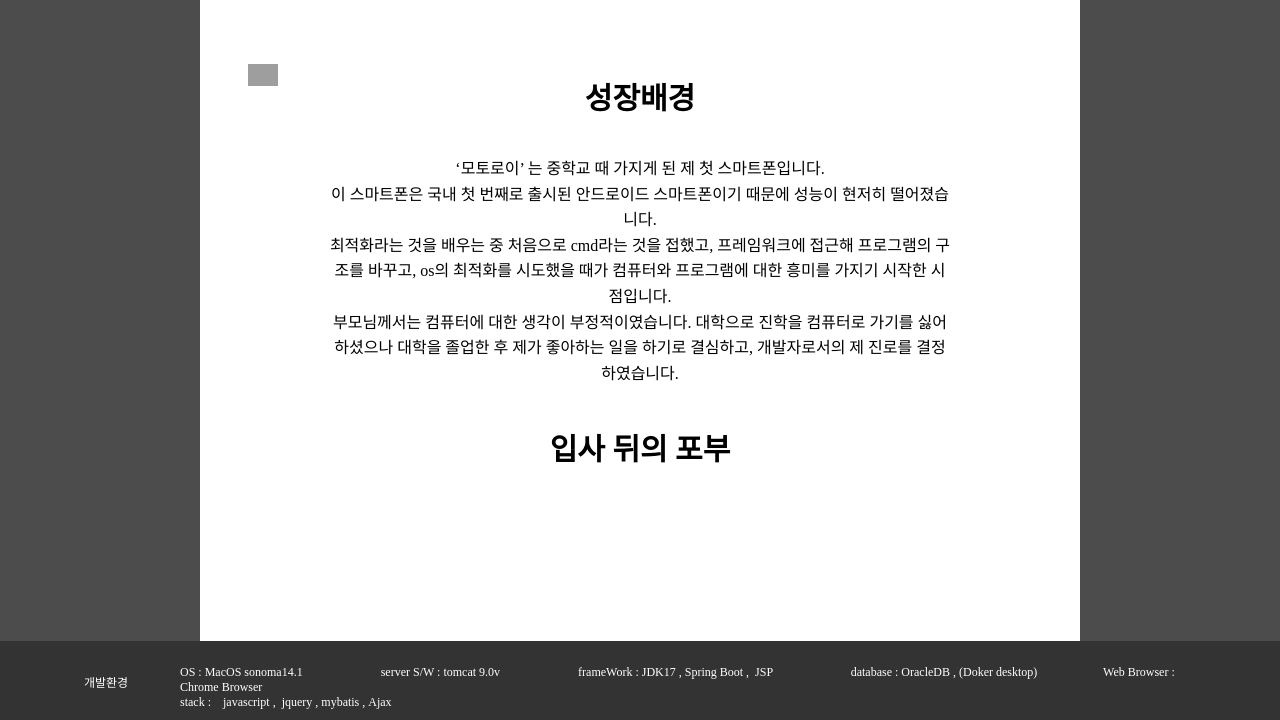
Repository: LeeHaNeul96/Leehaneul
Page: http://localhost/com.introduce/WEB-INF/views/more2.jsp
The author's editor kept a copy of each file at every save. The page is drawn from the files as they stood at one save, then again after a run of saves.
The browser window is 1280 px wide. The pictures show the whole page.
Pictures or frames that could not be fetched are drawn as grey boxes. The page is served by Tomcat 9. Nobody is signed in. The template is opened directly, without the code that normally fills it, so the values that code supplies are empty.

Above is the page before, as saved 2023-10-31 10:24:02.

### com.introduce/src/main/webapp/WEB-INF/views/more2.jsp
<%@ page language="java" contentType="text/html; charset=UTF-8"
    pageEncoding="UTF-8"%>
<!DOCTYPE html>
<html>
<head>
<meta charset="UTF-8">
<title>Insert title here</title>
<script src="https://code.jquery.com/jquery-3.6.0.min.js"></script>

<style type="text/css">
.footer {
	text-align: center;
	padding: 2em 0;
	background-color: #333;
	color: #fff;
	position: fixed;
	bottom: 0;
	left: 0; /* 왼쪽 위치를 0으로 설정합니다. */
	height: 15px;
	width: 100%;
	margin: 0; /* 마진을 0으로 설정합니다. */
}

.footer-dev {
	font-size: 12px;
	text-align: left;
	padding-left: 7em;
}

.footer-content {
	position: absolute; /* 절대 위치 설정 */
	top: 1em; /* 위쪽으로 1em 이동 */
	padding: 1em 8em; /* 양 옆 여백을 설정합니다. */
	height: 200px;
}

.container{
margin-top: 3em;
margin-bottom: 10em;

text-align: center;


}
.left-margin {
 background-color: rgba(0, 0, 0, 0.7); /* 알파 값을 조절하여 투명도 설정 */

    height: 100%;
    width: 200px; /* 원하는 너비로 조절하세요. */
    position: fixed;
    top: 0;
    left: 0;
    z-index: -1;
}

/* 오른쪽 여백 스타일 */
.right-margin {
 background-color: rgba(0, 0, 0, 0.7); /* 알파 값을 조절하여 투명도 설정 */
    height: 100%;
    width: 200px; /* 원하는 너비로 조절하세요. */
    position: fixed;
    top: 0;
    right: 0;
    z-index: -1;
}

h1 {
    font-size: 36px; /* 예를 들어, 원하는 크기로 설정 */
    transition: font-size 1s; /* 글씨 크기 변경에 애니메이션 적용 (선택사항) */
}
h2{
margin-top: 0;

}

.content{
text-align: center;
margin-right: 20em;
margin-left: 20em;
line-height: 1.6;
}
</style>
</head>
<body>
<script>
$(function() {
    // 모든 h2 태그를 선택하여 배열로 저장합니다.
    var $h1Elements = $("h1");

    // 초기에 모든 h2 태그의 크기를 설정합니다.
    $h1Elements.css("font-size", "40px");

    // 1초(1000 밀리초)마다 h2 태그 배열을 순회하면서 글꼴 크기를 작게 설정합니다.
    var index = 0;
    var interval = setInterval(function() {
        if (index < $h1Elements.length) {
            $h1Elements.eq(index).css("font-size", "30px");
            index++;
        } else {
            clearInterval(interval); // 모든 h2 태그를 처리하면 setInterval을 멈춥니다.
        }
    }, 20); // 1초마다 실행
});
</script>


<div class="left-margin"></div>
<div class="right-margin"></div>

<a href="/main/view"><img style="width:30px; text-align:left; margin-left:15em; margin-top: 3em; margin-bottom: -4em;" alt="" src="/images/free-icon-go-back-left-arrow-61022.png"></a>
<div class="container">
<h1> 성장배경 </h1><br>
<div class="content">
‘모토로이’ 는 중학교 때 가지게 된 제 첫 스마트폰입니다.<br>
 이 스마트폰은 국내 첫 번째로 출시된 안드로이드 스마트폰이기 때문에 성능이 현저히 떨어졌습니다. <br>
 최적화라는 것을 배우는 중 처음으로 cmd라는 것을 접했고, 프레임워크에 접근해 프로그램의 구조를 바꾸고, os의 최적화를 시도했을 때가 컴퓨터와 프로그램에 대한 흥미를 가지기 시작한 시점입니다.<br>
부모님께서는 컴퓨터에 대한 생각이 부정적이였습니다. 대학으로 진학을 컴퓨터로 가기를 싫어하셨으나 대학을 졸업한 후 제가 좋아하는 일을 하기로 결심하고, 개발자로서의 제 진로를 결정하였습니다.
</div><br>

<h1>입사 뒤의 포부</h1>


</div>



	<div class="footer">
		<div class="footer-dev">
			개발환경
			<div class="footer-content">
				OS : MacOS sonoma14.1
				&nbsp;&nbsp;&nbsp;&nbsp;&nbsp;&nbsp;&nbsp;&nbsp;&nbsp;&nbsp;&nbsp;&nbsp;&nbsp;&nbsp;&nbsp;&nbsp;&nbsp;&nbsp;&nbsp;&nbsp;&nbsp;&nbsp;&nbsp;&nbsp;
				server S/W : tomcat
				9.0v&nbsp;&nbsp;&nbsp;&nbsp;&nbsp;&nbsp;&nbsp;&nbsp;&nbsp;&nbsp;&nbsp;&nbsp;
				&nbsp;&nbsp;&nbsp;&nbsp;&nbsp;&nbsp;&nbsp;&nbsp;&nbsp;&nbsp;&nbsp;&nbsp;
				frameWork : JDK17&nbsp;,&nbsp;Spring Boot&nbsp;, &nbsp;JSP
				&nbsp;&nbsp;&nbsp;&nbsp;&nbsp;&nbsp;&nbsp;&nbsp;&nbsp;&nbsp;&nbsp;&nbsp;&nbsp;&nbsp;&nbsp;&nbsp;&nbsp;&nbsp;&nbsp;&nbsp;&nbsp;&nbsp;&nbsp;&nbsp;
				database : OracleDB&nbsp;,&nbsp;(Doker desktop)
				&nbsp;&nbsp;&nbsp;&nbsp;&nbsp;&nbsp;&nbsp;&nbsp;&nbsp;&nbsp;&nbsp;&nbsp;&nbsp;&nbsp;&nbsp;&nbsp;&nbsp;&nbsp;&nbsp;&nbsp;
				Web Browser : Chrome Browser<br> stack :&nbsp;&nbsp;&nbsp;
				javascript&nbsp;,&nbsp; jquery&nbsp;,&nbsp;mybatis&nbsp;,&nbsp;Ajax
			</div>
		</div>
	</div>
</body>
</html>

After the next 2 saves:
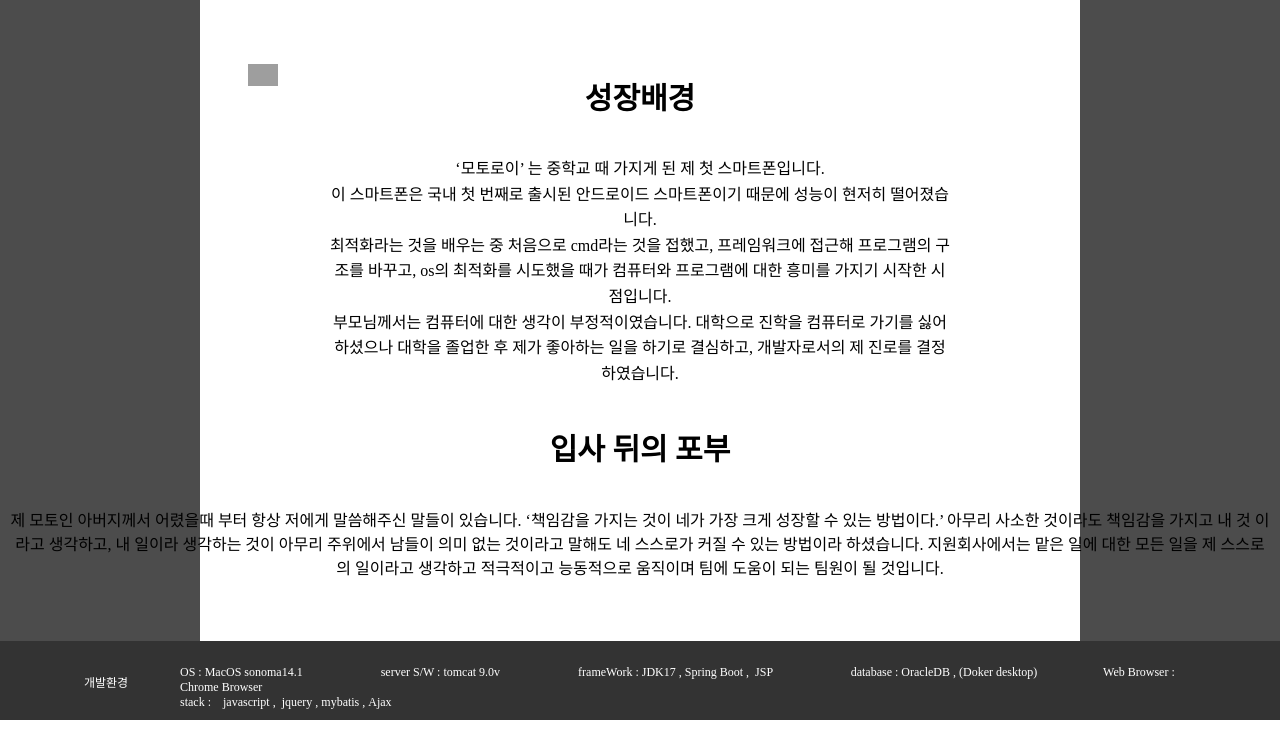
The 2 saves are shown as one change because they came seconds apart.
The last was saved 10 s later.
--- a/com.introduce/src/main/webapp/WEB-INF/views/more2.jsp
+++ b/com.introduce/src/main/webapp/WEB-INF/views/more2.jsp
@@ -117,7 +117,11 @@ $(function() {
 부모님께서는 컴퓨터에 대한 생각이 부정적이였습니다. 대학으로 진학을 컴퓨터로 가기를 싫어하셨으나 대학을 졸업한 후 제가 좋아하는 일을 하기로 결심하고, 개발자로서의 제 진로를 결정하였습니다.
 </div><br>
 
-<h1>입사 뒤의 포부</h1>
+<h1>입사 뒤의 포부</h1><br>
+제 모토인 아버지께서 어렸을때 부터 항상 저에게 말씀해주신 말들이 있습니다.
+‘책임감을 가지는 것이 네가 가장 크게 성장할 수 있는 방법이다.’
+아무리 사소한 것이라도 책임감을 가지고 내 것 이라고 생각하고, 내 일이라 생각하는 것이 아무리 주위에서 남들이 의미 없는 것이라고 말해도 네 스스로가 커질 수 있는 방법이라 하셨습니다.
+지원회사에서는 맡은 일에 대한 모든 일을 제 스스로의 일이라고 생각하고 적극적이고 능동적으로 움직이며 팀에 도움이 되는 팀원이 될 것입니다.
 
 
 </div>
